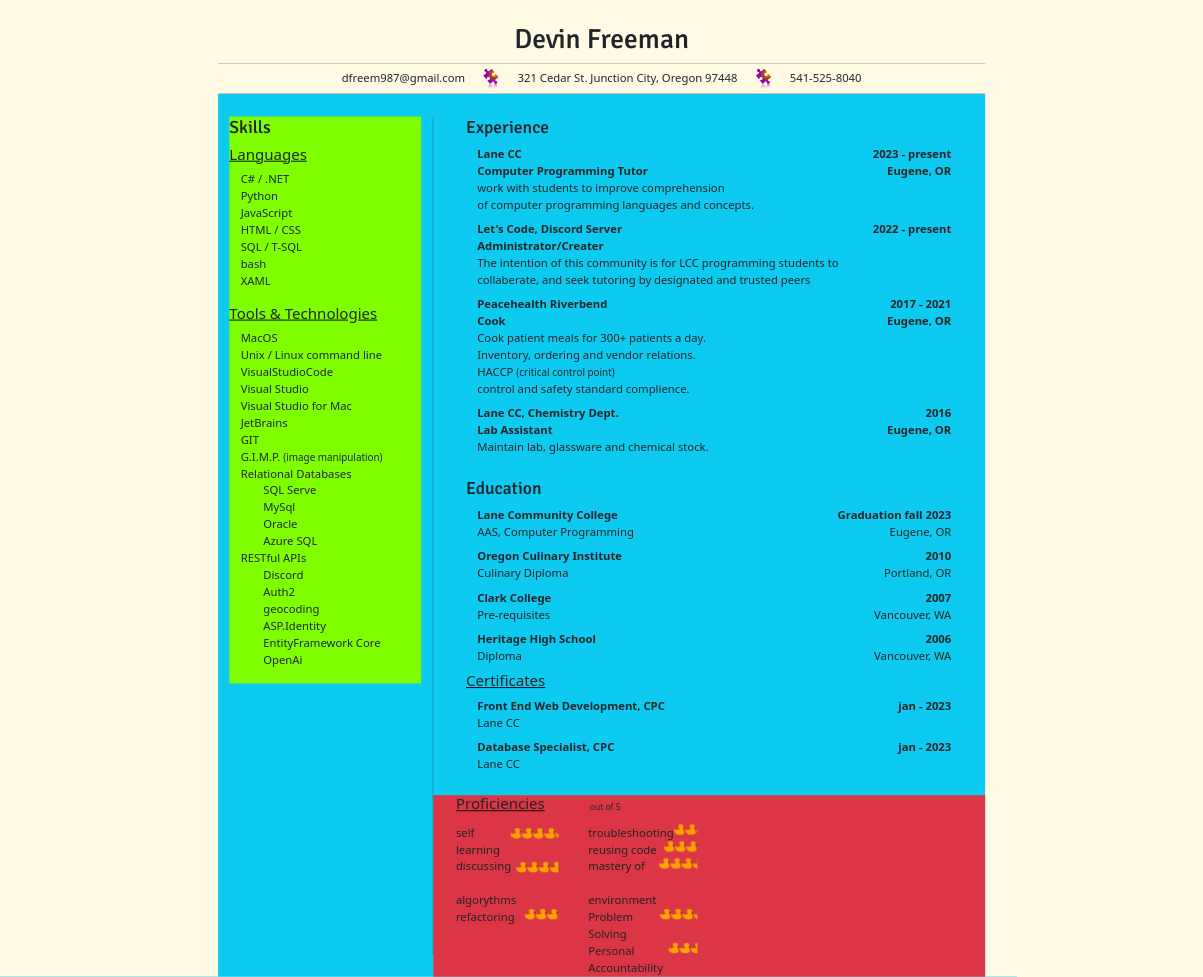
Repository: Dfreem/Resume
Page: index.html
These files come from the project's save history. The page is drawn as it stood at one moment and after the next save; the edit follows.
The browser window is 1280 px wide. The pictures show the whole page, at 94% of full size.

Above is the page before, as saved 2023-02-13 12:47:12.

### index.html
<!DOCTYPE html>
<html lang="en">

<head>
    <meta charset="UTF-8">
    <meta http-equiv="X-UA-Compatible" content="IE=edge">
    <meta name="viewport" content="width=device-width, initial-scale=1.0">
    <link href="https://cdn.jsdelivr.net/npm/bootstrap@5.3.0-alpha1/dist/css/bootstrap.min.css" rel="stylesheet"
        integrity="sha384-GLhlTQ8iRABdZLl6O3oVMWSktQOp6b7In1Zl3/Jr59b6EGGoI1aFkw7cmDA6j6gD" crossorigin="anonymous">
    <link href="resume.css" rel="stylesheet" />
    <title>Devin Freeman</title>
</head>

<body>

    <h1>Devin Freeman</h1>
    <hr />

    <!-- ========= banner ========= -->

    <div class="personal-info">
        dfreem987@gmail.com
        &emsp;
        <span><img src="puzzle.png" class="puzzle-piece"></img></span>
        &emsp;
        321 Cedar St. Junction City, Oregon 97448
        &emsp;
        <span><img src="puzzle.png" class="puzzle-piece"></img></span>
        &emsp;
        541-525-8040
        <!-- &nbsp;freemand@my.lanecc.edu -->
    </div>
    <hr />
    <!-- ========= Skills start ========= -->

    <div class="hstack bg-info">
        <div class="vstack skill-stack">
            <h2>Skills</h2>

            <!-- ========= programming language list ========= -->

            <ul class="skill">
                <div class="d-flex flex-row flex-nowrap">
                    <h3>Languages</h3>
                </div>
                <li class="d-flex flex-row flex-nowrap">
                    C# / .NET</li>
                <li class="d-flex flex-row flex-nowrap">
                    Python</li>
                <li class="d-flex flex-row flex-nowrap">
                    JavaScript</li>
                <li class="d-flex flex-row flex-nowrap">
                    HTML / CSS</li>
                <li class="d-flex flex-row flex-nowrap">
                    SQL / T-SQL</li>
                <li class="d-flex flex-row flex-nowrap">
                    bash</li>
                <li class="d-flex flex-row flex-nowrap">
                    XAML</li>
            </ul>
            <ul class="skill">
                <div>
                    <h3>Tools & Technologies</h3>
                </div>
                <li>MacOS</li>
                <li>Unix / Linux command line</li>
                <li>VisualStudioCode</li>
                <li>Visual Studio</li>
                <li>Visual Studio for Mac</li>
                <li>JetBrains </li>
                <li>GIT</li>
                <li>G.I.M.P. <small>(image manipulation)</small></li>
                <li>
                    <ul>
                        Relational Databases
                        <li class="ms-4">SQL Serve</li>
                        <li class="ms-4">MySql</li>
                        <li class="ms-4">Oracle</li>
                        <li class="ms-4">Azure SQL</li>
                    </ul>
                </li>
                <li>
                    <ul>
                        RESTful APIs
                        <li class="ms-4">Discord</li>
                        <li class="ms-4">Auth2</li>
                        <li class="ms-4">geocoding</li>
                        <li class="ms-4">ASP.Identity</li>
                        <li class="ms-4">EntityFramework Core</li>
                        <li class="ms-4">OpenAi</li>
                    </ul>
                </li>
                <li>

                </li>
                <li>

                </li>
            </ul>

            <!-- ========= Soft Skills ========= -->


            <!-- ========= Professional References ========= -->

            <!-- <hr class="my-3" />
                <h3>References</h3>
                <dl class="profs me-2">
                    <dt class="d-flex flex-row flex-nowrap">
                        Bryce Fisher
                        <div class="push-right">
                            Lane CC, 2022
                        </div>
                    </dt>
                    <dd>
                        <b>collaborator / school colleague</b><br />
                        360-913-4165 <br />
                        bryce.e.fisher@gmail.com.
                    </dd>
                </dl>

                <dl class="profs me-2">
                    <dt class="d-flex flex-row flex-nowrap">
                        Ben Wilson
                        <div class="push-right">
                            Lane CC, 2022
                    </div>
                </dt>
                <dd>
                    <b>school colleague / tutee</b><br />
                    541-870-0555<br />
                    benosliw@gmail.com
                </dd>
            </dl>

            <dl class="profs me-2">
                <dt class="d-flex flex-row flex-nowrap">
                    Paul Frost
                    <div class="push-right">
                        Lane CC, 2022
                    </div>
                </dt>
                <dd>
                    <b>school colleague / tutee</b><br />
                    458-210-0711<br />
                    workpaulfrost@gmail.com<br />

                </dd>
            </dl> -->
        </div>
        <div class="vr my-4"></div>
        <div class="vstack work-stack">

            <!-- ========= Most Recent Work History ========= -->

            <dl class="work-history mt-4">
                <h2>Experience</h2>

                <!-- ========== Experience ========== -->

                <div class="container work-container">
                    <dt class="d-flex flex-nowrap flex-row">
                        Lane CC
                        <br />
                        Computer Programming Tutor
                        <div class="push-right">
                            2023 - present
                            <br />
                            Eugene, OR
                        </div>
                    </dt>
                    <dd class="ed-details">
                        work with students to improve comprehension <br /> of computer programming languages and
                        concepts.
                    </dd>
                </div>

                <div class="container work-container">
                    <dt class="d-flex flex-nowrap flex-row">
                        Let's Code, Discord Server<br />
                        Administrator/Creater
                        <div class="push-right">2022 - present</div>
                    </dt>
                    <dd class="ed-title">
                        The intention of this community is for LCC programming students to<br />
                        collaberate, and seek tutoring by designated and trusted peers
                    </dd>
                </div>
                <!-- ========== work history slot 2 ========== -->
                <div class="container work-container">
                    <dt class="d-flex flex-nowrap flex-row">
                        Peacehealth Riverbend
                        <br />
                        Cook
                        <div class="push-right">
                            2017 - 2021
                            <br />
                            Eugene, OR
                        </div>
                    </dt>
                    <dd class="ed-details">
                        Cook patient meals for 300+ patients a day. <br />
                        Inventory, ordering and vendor relations. <br />
                        HACCP <small>(critical control point)</small><br />
                        control and safety standard complience. <br />
                    </dd>
                </div>

                <!-- ========== work history slot 3 ========== -->
                <!--
                    <div class="container work-container">
                        <dt class="d-flex flex-nowrap flex-row">
                            McMenamins
                            <br />
                            Assistant kitchen manager
                            <div class="push-right">
                                2011-2013
                                <br />
                                Portland, OR
                                <br />
                            </div>
                        </dt>
                        <dd class="ed-details">
                            Staff management. Food order expeditor. <br />
                            Proficient in all stations including Pizza Kitchen.
                        </dd>
                    </div> -->

                <!-- ========== work history slot 3 ========== -->

                <div class="container work-container">
                    <dt class="d-flex flex-nowrap flex-row">
                        Lane CC, Chemistry Dept.
                        <br />
                        Lab Assistant
                        <div class="push-right">
                            2016
                            <br />
                            Eugene, OR
                        </div>
                    </dt>
                    <dd class="ed-details">Maintain lab, glassware and chemical stock.</dd>
                </div>
            </dl>

            <!-- ========== Education Start ========== -->

            <dl class="education">
                <h2>Education</h2>

                <!-- ========== Education slot 1 ========== -->

                <div class="container work-container">
                    <dt class="d-flex flex-nowrap flex-row">
                        <div class="ed-title">Lane Community College</div>
                        <div class="push-right">Graduation fall 2023</div>
                    </dt>
                    <dd class="d-flex flex-nowrap flex-row">
                        <div class="ed-title">AAS, Computer Programming </div>
                        <span class="push-right"> Eugene, OR </span>
                    </dd>
                </div>

                <!-- ========== Education slot 2 ========== -->

                <div class="container work-container">
                    <dt class="d-flex flex-nowrap flex-row">
                        <div class="ed-title">Oregon Culinary Institute</div>
                        <span class="push-right">2010</span>
                    </dt>
                    <dd class="d-flex flex-nowrap flex-row">
                        <div class="ed-title">Culinary Diploma</div>
                        <span class="push-right">Portland, OR</span>
                    </dd>
                </div>

                <!-- ========== Education slot 3 ========== -->

                <div class="container work-container">
                    <dt class="d-flex flex-nowrap flex-row">
                        <div class="ed-title">Clark College</div>
                        <span class="push-right">2007</span>
                    </dt>
                    <dd class="d-flex flex-nowrap flex-row">
                        <div class="ed-title">Pre-requisites</div>
                        <span class="push-right">Vancouver, WA</span>
                    </dd>
                </div>

                <!-- ========== Education slot 4 ========== -->

                <div class="container work-container">
                    <dt class="d-flex flex-nowrap flex-row">
                        <div class="ed-title">Heritage High School</div>
                        <span class="push-right">2006</span>
                    </dt>
                    <dd class="d-flex flex-nowrap flex-row">
                        <div class="ed-title">Diploma</div>
                        <span class="push-right">Vancouver, WA</span>
                    </dd>
                </div>
                <!-- ========= Certifications ========= -->


                <h3>Certificates</h3>
                <div class="container work-container">
                    <dt class="d-flex flex-row flex-nowrap">
                        <div class="ed-title">Front End Web Development, CPC</div>
                        <span class="push-right">jan - 2023</span>
                    </dt>
                    <dd>Lane CC</dd>
                </div>

                <div class="container work-container">
                    <dt class="d-flex flex-row flex-nowrap">
                        <div class="ed-title">Database Specialist, CPC </div>
                        <span class="push-right">jan - 2023</span>
                    </dt>
                    <dd>Lane CC
                    </dd>
                </div>
            </dl>
            <div class="row bg-danger container mx-auto">
                <div class="d-flex flex-row flex-nowrap mx-auto">

                    <h3>Proficiencies</h3>
                    <div class="ms-5">
                        <sub>out of 5</sub>
                    </div>

                </div>
                <div class="col-3">
                    <ul class="profs me-2">
                        <li class="d-flex flex-row flex-nowrap">
                            self learning<div class="push-right five"></div>
                        </li>
                        <li class="d-flex flex-row flex-nowrap">
                            discussing <br />&emsp;algorythms<div class="push-right five"></div>
                        </li>
                        <li class="d-flex flex-row flex-nowrap">
                            refactoring<div class="push-right three"></div>
                        </li>
                    </ul>
                </div>
                <div class="col-3">
                    <ul <ul class="profs me-2"></ul>
                    <li class="d-flex flex-row flex-nowrap">
                        troubleshooting<div class="push-right four"></div>
                    </li>
                    <li class="d-flex flex-row flex-nowrap">
                        reusing code<div class="push-right three"></div>
                    </li>
                    <li class="d-flex flex-row flex-nowrap">
                        mastery of <br />&emsp; environment<div class="push-right four">
                        </div>
                    </li>
                    <li class="d-flex flex-row flex-nowrap">
                        Problem Solving<div class="push-right four"></div>
                    </li>
                    <li class="d-flex flex-row flex-nowrap">
                        Personal Accountability<div class="push-right four"></div>
                    </li>
                    </ul>
                </div>
            </div>
        </div>
    </div>

</body>
<script src="https://cdn.jsdelivr.net/npm/bootstrap@5.3.0-alpha1/dist/js/bootstrap.bundle.min.js"
    integrity="sha384-w76AqPfDkMBDXo30jS1Sgez6pr3x5MlQ1ZAGC+nuZB+EYdgRZgiwxhTBTkF7CXvN"
    crossorigin="anonymous"></script>

</html>

### resume.css
@import url('https://fonts.googleapis.com/css2?family=Raleway:ital,wght@0,500;0,700;0,800;1,500&family=Signika:wght@400;500;700&display=swap');

/*
font-family: 'Raleway', sans-serif;
font-family: 'Signika', sans-serif;
*/
body {
    /* padding-inline: 0.5in; */
    padding-block-start: 2em;
    margin: auto;
    max-width: 8.5in;
    min-width: 8.5in;
    max-height: 11in;
    font-size: 12px;
    background-color: rgb(255, 250, 228);
}

.personal-info {
    text-align: center;
    margin-bottom: 0;
}

h1 {
    font-family: 'Signika', sans-serif;
    text-align: center;
    font-size: 22pt;
    letter-spacing: 105%;
}

h2 {
    font-family: 'Signika', sans-serif;
    font-size: 14pt;
    margin-block-start: 0;
}

h3 {
    font-size: 12pt;
    width: fit-content;
    text-decoration: underline solid black;
}

h4 {
    font-size: 12pt;
}

.puzzle-piece {
    width: 1.6em;
    margin-block: .3em;
}

.work-history {
    min-width: 90%;
    align-self: flex-end;
    margin-inline-end: 2em;
}

.seperater {
    position: relative;
    right: -35%;
    height:25px;
}

.education {
    align-self: flex-end;
    margin-inline-end: 2em;
    width: 90%;
}

.skill-stack {
    min-width:25%;
    max-width: 25%;
    margin-inline:1em;
    margin-block-end: 1em;
    margin-top: 2em;
    height: fit-content;
    background-color: chartreuse;
}

.push-right {
    margin-inline-start: auto;
    text-align: right;
}

.profs {
    font-size: 12px;
    margin-block: .3em;
}

.five {
    background-image: url("ducky.png");
    background-size: 12px;
    background-repeat: repeat-x;
    width:60px;
    background-position: 0 4px;
 }

.four {
    background-image: url("ducky.png");
    background-size: 12px;
    background-repeat: repeat-x;
    width:48px;
    /* background-position: ; */
}

.three {
    background-image: url("ducky.png");
    background-size: 12px;
    background-repeat: repeat-x;
    width:36px;
 }
.two {
    background-image: url("ducky.png");
    background-size: 12px;
    background-repeat: repeat-x;
    width:24px;
 }

 .skill > li {
    text-indent: 1em;
 }

hr {
    margin-block: 0;
}

ul {
    padding-Inline: 0;
}

li {
    list-style: none;
}

After the next save:
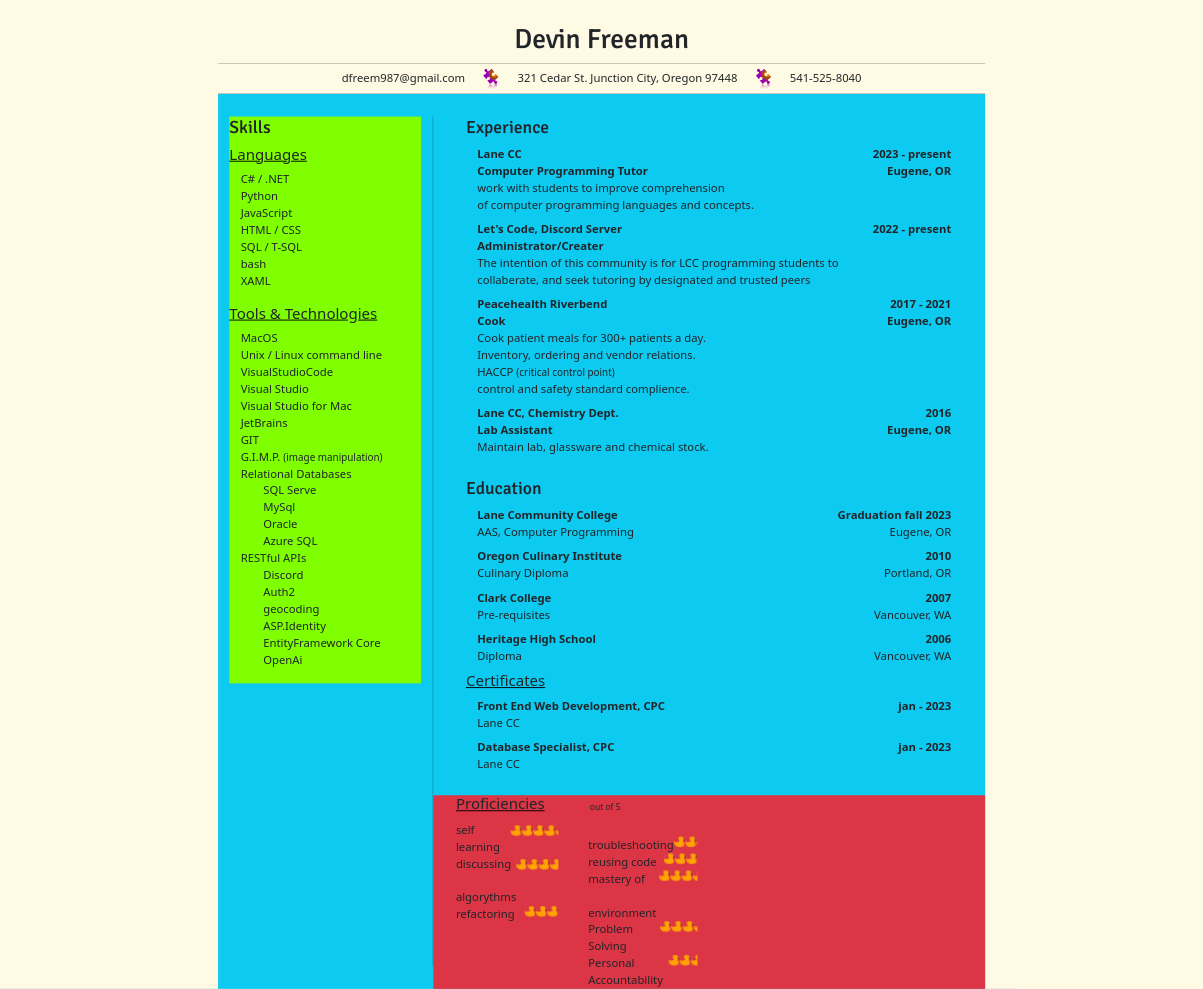
Saved 87 s later.
--- a/resume.css
+++ b/resume.css
@@ -83,7 +83,7 @@ h4 {
 
 .profs {
     font-size: 12px;
-    margin-block: .3em;
+
 }
 
 .five {
